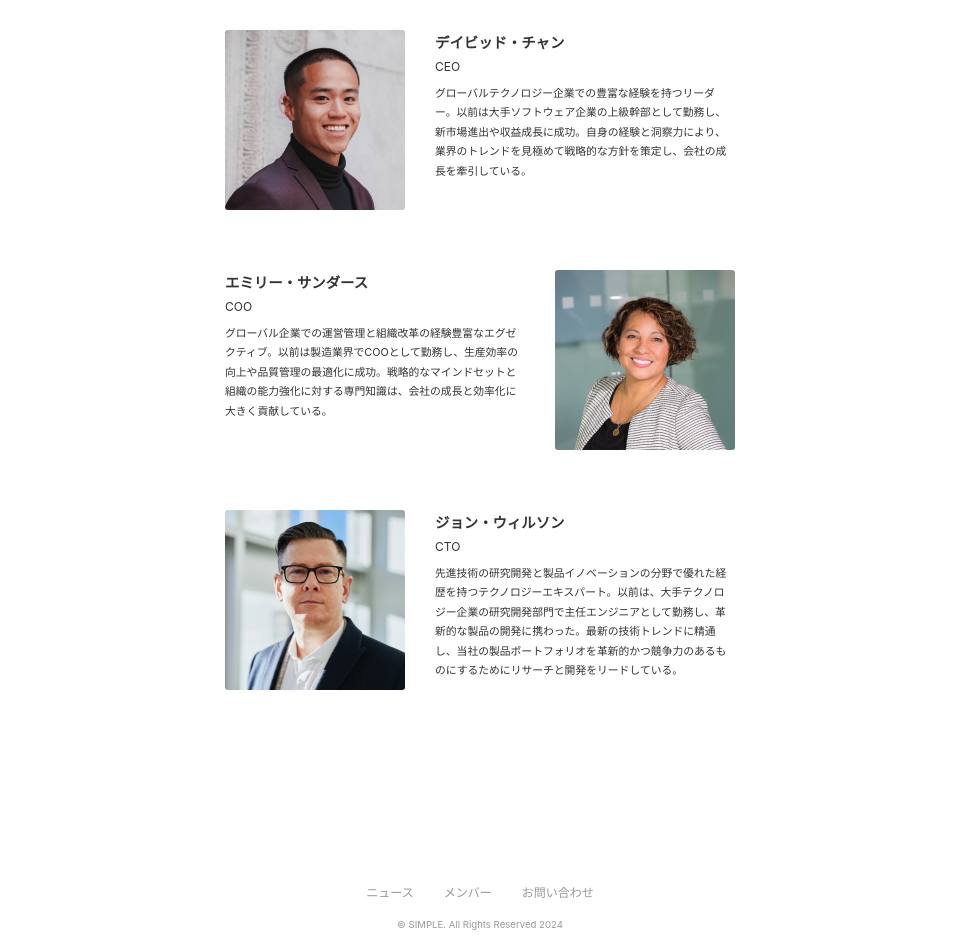
Repository: sk-style/my-next-project
Page: /members
An editor plug-in stored every save of this project. The page is shown before and after the next save, followed by the edit.
The browser window is 1280 px wide. The pictures show the whole page, at 75% of full size.
The project was rebuilt for these pictures with package versions that can differ from the ones it lists, and the page was loaded fresh each time. The framework's server and built-in components were replaced by stand-ins that run in the browser. Also part of the build but not shown: next.config.ts.

Above is the page before, as saved 2025-10-27 20:32:25.

### app/layout.tsx
import "./globals.css";
import Header from "./_components/Header";
import Footer from "./_components/Footer";

export default function RootLayout({
  children,
}: Readonly<{
  children: React.ReactNode;
}>) {
  return (
    <html lang="ja">
      <body>
        <Header />
        {children}
      </body>
      <Footer />
    </html>
  );
}

### app/members/layout.tsx
import Sheet from "@/app/_components/Sheet";
import Hero from "@/app/_components/Hero";

type Props = {
  children: React.ReactNode;
};

export default function RootLayout({ children }: Props) {
  return (
    <>
      {/* <Hero title="Members" sub="メンバー" /> */}
      <Sheet>{children}</Sheet>
    </>
  );
}

### app/members/page.tsx
import Image from "next/image";
import styles from "./page.module.css";

const data = {
  contents: [
    {
      id: "1",
      image: {
        url: "/img-member1.jpg",
        width: 240,
        height: 240,
      },
      name: "デイビッド・チャン",
      position: "CEO",
      profile:
        "グローバルテクノロジー企業での豊富な経験を持つリーダー。以前は大手ソフトウェア企業の上級幹部として勤務し、新市場進出や収益成長に成功。自身の経験と洞察力により、業界のトレンドを見極めて戦略的な方針を策定し、会社の成長を牽引している。",
    },
    {
      id: "2",
      image: {
        url: "/img-member2.jpg",
        width: 240,
        height: 240,
      },
      name: "エミリー・サンダース",
      position: "COO",
      profile:
        "グローバル企業での運営管理と組織改革の経験豊富なエグゼクティブ。以前は製造業界でCOOとして勤務し、生産効率の向上や品質管理の最適化に成功。戦略的なマインドセットと組織の能力強化に対する専門知識は、会社の成長と効率化に大きく貢献している。",
    },
    {
      id: "3",
      image: {
        url: "/img-member3.jpg",
        width: 240,
        height: 240,
      },
      name: "ジョン・ウィルソン",
      position: "CTO",
      profile:
        "先進技術の研究開発と製品イノベーションの分野で優れた経歴を持つテクノロジーエキスパート。以前は、大手テクノロジー企業の研究開発部門で主任エンジニアとして勤務し、革新的な製品の開発に携わった。最新の技術トレンドに精通し、当社の製品ポートフォリオを革新的かつ競争力のあるものにするためにリサーチと開発をリードしている。",
    },
  ],
};

export default function Page() {
  return (
    <div className={styles.container}>
      {data.contents.length === 0 ? (
        <p className={styles.empty}>メンバーが登録されていません。</p>
      ) : (
        <ul>
          {data.contents.map((member) => (
            <li key={member.id} className={styles.list}>
              <Image
                src={member.image.url}
                alt=""
                width={member.image.width}
                height={member.image.height}
                className={styles.image}
              />
              <dl>
                <dt className={styles.name}>{member.name}</dt>
                <dd className={styles.position}>{member.position}</dd>
                <dd className={styles.profile}>{member.profile}</dd>
              </dl>
            </li>
          ))}
        </ul>
      )}
    </div>
  );
}

### app/globals.css
:root {
    --font-mono: ui-monospace, Menlo, Monaco, 'Cascadia Mono', 'Segoe UI Mono',
    'Roboto Mono', 'Oxygen Mono', 'Ubuntu Monospace', 'Source Code Pro',
    'Fira Mono', 'Droid Sans Mono', 'Courier New', monospace;
    --color-text-main: #333;
    --color-text-sub: #999;
    --color-text-unpainted: #fff;
    --color-text-error: #f33;
    --color-bg-main: #fff;
    --color-bg-sub: #f3f3f3;
    --color-bg-code: #fafafa;
    --color-bg-painted: #333;
    --color-border-dark: #333;
    --color-border: #ddd;
    --color-border-light: #f3f3f3;
    --color-current: #eee;
    --color-button-primary: #333;
    --border-radius: 4px;
}

* {
    box-sizing: border-box;
    padding: 0;
    margin: 0;
}

html,
body {
    max-width: 100vw;
    overflow-x: hidden;
}

body {
    font-family: -apple-system, BlinkMacSystemFont, 'Helvetica Neue', YuGothic,
    'ヒラギノ角ゴ ProN W3', Hiragino Kaku Gothic ProN, Arial, 'メイリオ', Meiryo,
    sans-serif;
    color: var(--color-text-main);
    line-height: 1.8;
}

code {
    font-family: menlo, inconsolata, monospace;
}

a {
    color: inherit;
    text-decoration: none;
}

ol,
ul {
    list-style: none;
}

### app/_components/Header/index.tsx
import Image from "next/image";
import Link from "next/link";
import styles from "./index.module.css";

export default function Header() {
  return (
    <header className={styles.header}>
      <Link href="/" className={styles.logoLink}>
        <Image
          src="/logo.svg"
          alt="SIMPLE"
          className={styles.logo}
          width={348}
          height={133}
          priority
        />
      </Link>
      <nav className={styles.nav}>
        <ul className={styles.items}>
          <li>
            <Link href="/news">ニュース</Link>
          </li>
          <li>
            <Link href="/members">メンバー</Link>
          </li>
          <li>
            <Link href="/contLinkct">お問い合わせ</Link>
          </li>
        </ul>
      </nav>
    </header>
  );
}

### app/_components/Footer/index.tsx
import styles from "./index.module.css";

export default function Footer() {
  return (
    <footer className={styles.footer}>
      <nav className={styles.nav}>
        <ul className={styles.items}>
          <li className={styles.item}>
            <a href="/news">ニュース</a>
          </li>
          <li className={styles.item}>
            <a href="/members">メンバー</a>
          </li>
          <li className={styles.item}>
            <a href="/contact">お問い合わせ</a>
          </li>
        </ul>
      </nav>
      <p className={styles.cr}>© SIMPLE. All Rights Reserved 2024</p>
    </footer>
  );
}

### app/_components/Sheet/index.tsx
import styles from "./index.module.css";

type Props = {
  children: React.ReactNode;
};

export default function Sheet({ children }: Props) {
  return <div className={styles.container}>{children}</div>;
}

### app/members/page.module.css
.text {
  text-align: center;
  margin-bottom: 40px;
}

.list {
  display: flex;
  align-items: flex-start;
  gap: 40px;
  margin-bottom: 80px;
}

.list:nth-child(even) {
  flex-direction: row-reverse;
}

.image {
  width: 240px;
  height: auto;
  border-radius: var(--border-radius);
}

.name {
  font-size: 1.2rem;
  font-weight: bold;
}

.position {
  margin-bottom: 8px;
}

.profile {
  font-size: 0.9rem;
}

.footer {
  display: flex;
  flex-direction: column;
  align-items: center;
  border-top: 1px solid var(--color-border);
  padding-top: 40px;
  text-align: center;
  gap: 24px;
}

.message {
  font-size: 2rem;
  font-weight: bold;
}

.empty {
  margin-bottom: 40px;
}

@media (max-width: 640px) {
  .text {
    text-align: left;
  }

  .list {
    display: flex;
    flex-direction: column;
    align-items: center;
    gap: 24px;
  }

  .list:nth-child(even) {
    flex-direction: column;
  }

  .name {
    text-align: center;
  }

  .position {
    text-align: center;
  }
}

### app/_components/Header/index.module.css
.header {
    position: absolute;
    padding: 16px 24px 8px;
    z-index: 1000;
    display: flex;
    align-items: center;
    justify-content: space-between;
    width: 100%;
}

.logoLink {
    display: flex;
}

.logo {
    height: 24px;
    width: auto;
}

.items {
    display: flex;
    color: #fff;
    gap: 40px;
}

@media (max-width: 640px) {
    .header {
        padding: 24px 16px 8px;
    }
}

### app/_components/Footer/index.module.css
.footer {
    padding: 16px 24px;
    text-align: center;
    color: var(--color-text-sub);
    font-size: 0.8rem;
    margin-top: 80px;
}

.nav {
    margin-bottom: 16px;
}

.items {
    display: flex;
    justify-content: center;
    gap: 40px;
    font-size: 1rem;
    white-space: nowrap;
}

@media (max-width: 640px) {
    .items {
        flex-wrap: wrap;
        gap: 8px 0;
    }
    .item {
        width: 50%;
    }
}

### app/_components/Sheet/index.module.css
.container {
  position: relative;
  background-color: #fff;
  width: 840px;
  margin: -40px auto 0;
  padding: 80px;
  border-radius: 8px;
}

@media (max-width: 920px) {
  .container {
    width: calc(100% - 80px);
  }
}

@media (max-width: 640px) {
  .container {
    width: calc(100% - 32px);
    padding: 40px 16px;
  }
}

### app/_components/Hero/index.tsx
import Image from "next/image";
import styles from "./index.module.css";

type Props = {
  title: string;
  sub: string;
};

export default function Hero({ title, sub }: Props) {
  return (
    <section className={styles.container}>
      <div>
        <h1 className={styles.title}>{title}</h1>
        <p className={styles.sub}>{sub}</p>
      </div>
      <Image
        className={styles.bgimg}
        src="/img-mv.jpg"
        alt=""
        width={4000}
        height={1200}
      />
    </section>
  );
}

### app/_components/Hero/index.module.css
.container {
  position: relative;
  display: flex;
  align-items: center;
  justify-content: center;
  background-color: rgba(0, 0, 0, 0.5);
  color: #fff;
  overflow: hidden;
  padding: 100px 0;
}

.title {
  font-size: 3rem;
  font-weight: bold;
  text-align: center;
  margin-bottom: 1rem;
}

.sub {
  display: flex;
  align-items: center;
  gap: 20px;
  margin-bottom: 40px;
  justify-content: center;
}

.sub::before {
  content: '';
  display: block;
  height: 1px;
  width: 20px;
  background-color: var(--color-text-unpainted);
}

.sub::after {
  content: '';
  display: block;
  height: 1px;
  width: 20px;
  background-color: var(--color-text-unpainted);
}

.bgimg {
  position: absolute;
  top: 0;
  right: 0;
  height: 600px;
  width: 100%;
  object-fit: cover;
  object-position: right;
  display: flex;
  align-items: center;
  justify-content: center;
  z-index: -1;
}

@media (max-width: 640px) {
  .container {
    padding: 100px 0 60px;
  }

  .title {
    font-size: 2.4rem;
    font-weight: bold;
    text-align: center;
    margin-bottom: 1rem;
  }
}

After the next save:
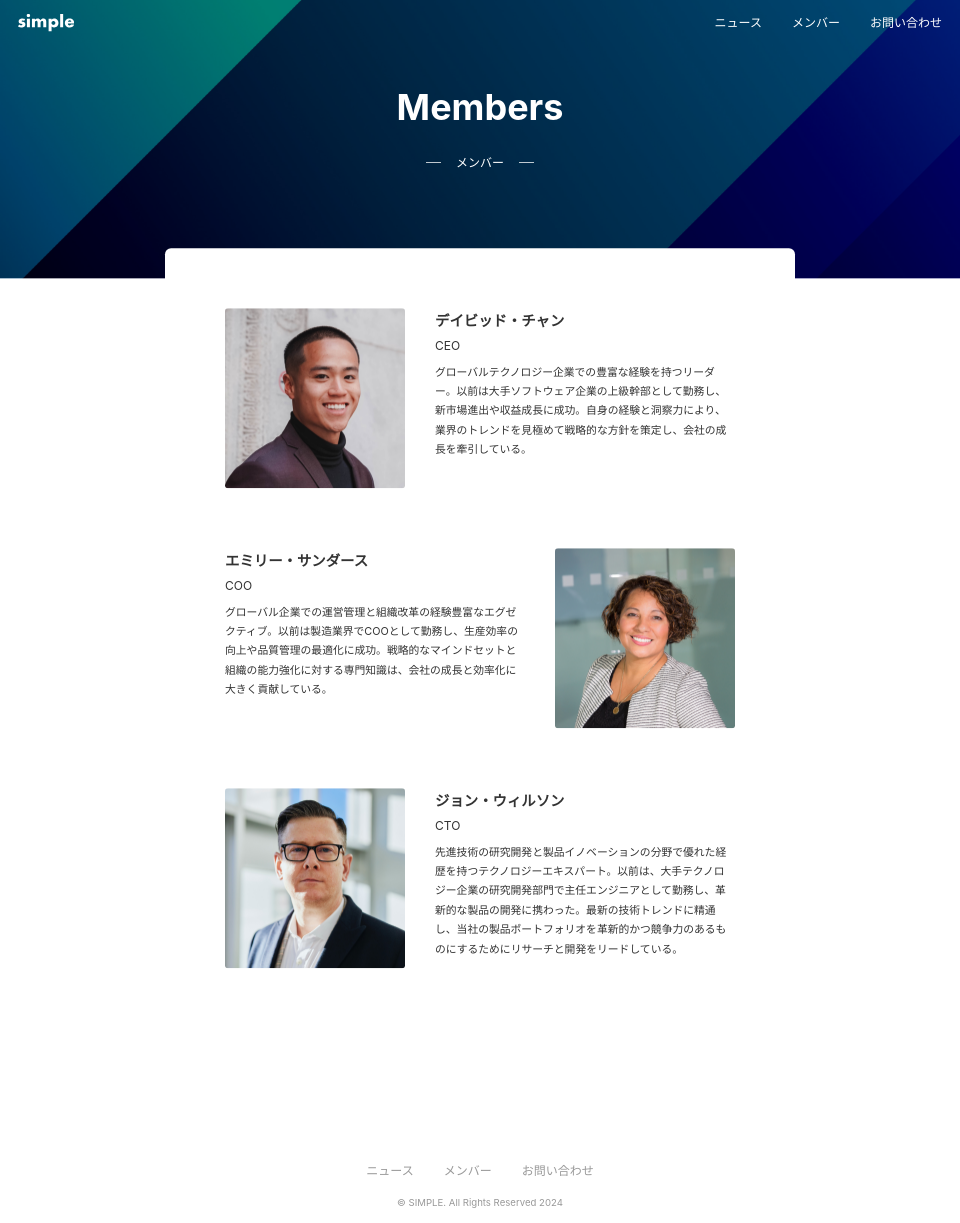
Saved 6 s later.
--- a/app/members/layout.tsx
+++ b/app/members/layout.tsx
@@ -8,7 +8,7 @@ type Props = {
 export default function RootLayout({ children }: Props) {
   return (
     <>
-      {/* <Hero title="Members" sub="メンバー" /> */}
+      <Hero title="Members" sub="メンバー" />
       <Sheet>{children}</Sheet>
     </>
   );
